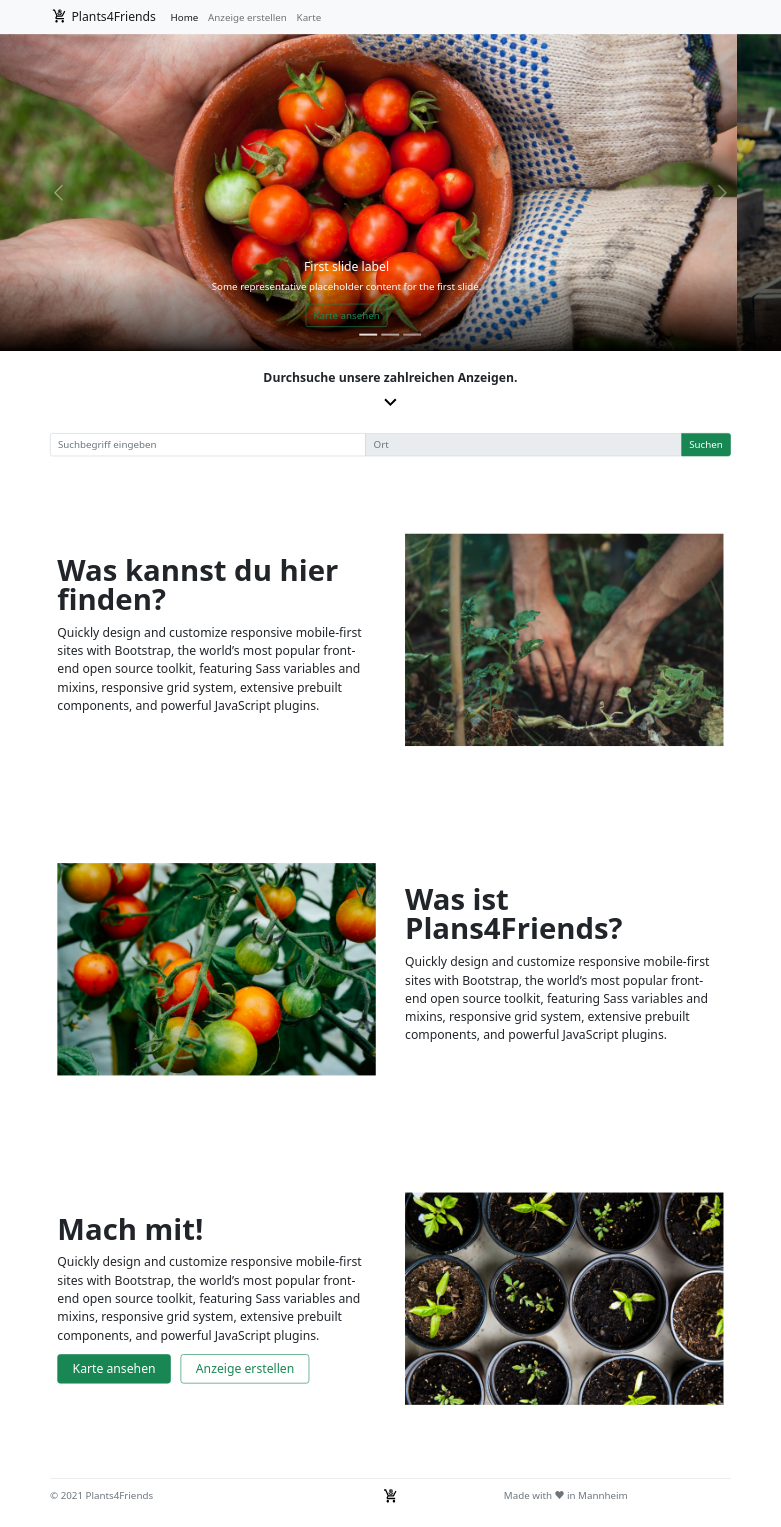
Repository: Carlson43/PlantsForFriends
Page: Website/index.html
These files come from the project's save history. The page is drawn as it stood at one moment and after the next save; the edit follows.
The browser window is 1280 px wide. The pictures show the whole page, at 61% of full size.

Above is the page before, as saved 2022-01-13 23:32:47.

### Website/index.html
<!doctype html>
<html lang="en">
  <head>
      <!-- Required meta tags -->
      <meta charset="utf-8">
      <meta name="viewport" content="width=device-width, initial-scale=1">

      <!-- Referencing Backend -->
      <script src="https://code.jquery.com/jquery-3.6.0.js"> </script>
      <script src="./Backend.js"> </script>

      <!-- Bootstrap CSS -->
      <link href="https://cdn.jsdelivr.net/npm/bootstrap@5.1.3/dist/css/bootstrap.min.css" rel="stylesheet" integrity="sha384-1BmE4kWBq78iYhFldvKuhfTAU6auU8tT94WrHftjDbrCEXSU1oBoqyl2QvZ6jIW3" crossorigin="anonymous">

      <!-- Custom Carousel CSS -->
      <style>
        .img-responsive {
        max-width: 100%; /* or to whatever you want here */
        max-height: auto; /* or to whatever you want here */
      }
      </style>

      <!-- Custom Divider CSS -->
      <link rel="stylesheet" href="divider.css">

    <title>Welcome @ Plants4Friends</title>

    <!-- Favicon -->
    <link rel="icon" type="image/x-icon" href="./Design-Ressourcen/flower.svg">
  </head>

  <body>
    <!-- Navbar -->
    <nav class="navbar navbar-expand-lg navbar-light bg-light">
        <div class="container fluid">
            <!-- Navabr Logo and Brandname -->
            <a class="navbar-brand" href="#">
                <img src="./Design-Ressourcen/logo.svg" alt="" width="30" height="24" class="d-inline-block align-text-top">
                Plants4Friends
            </a>
            <!-- Toggler for Expandsion -->
            <button class="navbar-toggler" type="button" data-bs-toggle="collapse" data-bs-target="#navbarNav" aria-controls="navbarNav" aria-expanded="false" aria-label="Toggle navigation">
                <span class="navbar-toggler-icon"></span>
            </button>
            <!-- Navigation Links -->
            <div class="collapse navbar-collapse" id="navbarNav">
                <div class="navbar-nav">
                    <a class="nav-link active" aria-current="page" href="index.html">Home</a>
                    <a class="nav-link" href="./create.html">Anzeige erstellen</a>
                    <a class="nav-link" href="./map.html">Karte</a>
                </div>
            </div>
        </div>
    </nav>

    <!-- Carousel -->
    <div id="carouselExampleCaptions" class="carousel slide" data-bs-ride="carousel">
        <!-- Slide Indicators -->
        <div class="carousel-indicators">
          <button type="button" data-bs-target="#carouselExampleCaptions" data-bs-slide-to="0" class="active" aria-current="true" aria-label="Slide 1"></button>
          <button type="button" data-bs-target="#carouselExampleCaptions" data-bs-slide-to="1" aria-label="Slide 2"></button>
          <button type="button" data-bs-target="#carouselExampleCaptions" data-bs-slide-to="2" aria-label="Slide 3"></button>
        </div>
        <!-- Carousel Slide Content -->
        <div class="carousel-inner">
          <!-- First Slide (starts with an active state) -->
          <div class="carousel-item active">
            <img src="./Design-Ressourcen/Bilder/carousel02-cut.jpg" class="d-block w-100" alt="...">
            <!-- Text / Content Box -->
            <div class="carousel-caption d-none d-sm-block">
                <h5>First slide label</h5>
                <p>Some representative placeholder content for the first slide.</p>
                <a href="./map.html" role="button" class="btn btn-outline-success">Karte ansehen</a>
            </div>
          </div>
          <!-- Second Slide -->
          <div class="carousel-item">
            <img src="./Design-Ressourcen/Bilder/carousel03-cut.jpg" class="d-block w-100" alt="...">
            <!-- Text / Content Box -->
            <div class="carousel-caption d-none d-sm-block">
                <h5>Second slide label</h5>
                <p>Some representative placeholder content for the second slide.</p>
                <a href="./create.html" role="button" class="btn btn-outline-success">Anzeige erstellen</a>
            </div>
          </div>
          <!-- Third Slide -->
          <div class="carousel-item">
            <img src="./Design-Ressourcen/Bilder/carousel04-cut.jpg" class="d-block w-100" alt="...">
            <!-- Text / Content Box -->
            <div class="carousel-caption d-none d-sm-block">
                <h5>Third slide label</h5>
                <p>Some representative placeholder content for the third slide.</p>
                <a href="#" role="button" class="btn btn-outline-success">Mehr</a>
            </div>
          </div>
        </div>
        <!-- Left Button for previous Slide -->
        <button class="carousel-control-prev" type="button" data-bs-target="Hallo " data-bs-slide="prev">
          <span class="carousel-control-prev-icon" aria-hidden="true"></span>
          <span class="visually-hidden">Previous</span>
        </button>
        <!-- Right Button for next Slide -->
        <button class="carousel-control-next" type="button" data-bs-target="#carouselExampleCaptions" data-bs-slide="next">
          <span class="carousel-control-next-icon" aria-hidden="true"></span>
          <span class="visually-hidden">Next</span>
        </button>
    </div>

    <div class="h-divider"></div>

    <!-- Small Text -->
    <div class="container-md text-center">
      <h5 class="display-7 fw-bold">Durchsuche unsere zahlreichen Anzeigen.</h5>
      <img src="./Design-Ressourcen/expand_more.svg" class="mx-auto d-block" alt="" style="height: 40px" >
    </div>

    <div class="h-divider"></div>

    <!-- Alert Forward-->
    <div class="alert alert-success"  role="alert" id = "alert" hidden>
      <p class="text-center">
       <i class="fa fa-exclamation-triangle" aria-hidden="true"></i>Einen Moment bitte, du wirst weitergeleitet.
      </p>
  </div>

  <!-- Alert Empty Search -->
  <div class="alert alert-warning"  role="alert" id = "not_found"  hidden>
    <p class="text-center"  id = "not_found_text">
     sdf
    </p>
</div>


    <!-- Input / Search Group -->
      <div class="container-md">
        <div class="input-group">
          <!-- General Search Input -->
          <input type="text" placeholder="Suchbegriff eingeben" aria-label="search_term" id="search_term" class="form-control">
          <!-- Location Search Input - Diabled due to no working implementation -->
          <input type="text" placeholder="Ort" aria-label="search_loc" id="search_loc" class="form-control" disabled>
          <!-- Search Button -->
          <button onclick= "search_and_display();" class="btn btn-success" type="button" id="search_btn">Suchen</button>
        </div>
    </div>

    <div class="h-divider"></div>


    <!-- Card Layout -->
    <div class="container-md">
        <div class="row">
          <div class="col">
                <!-- Card Element 1-->
                <div class="card" style="width: 18rem;" id = "Card0" hidden>
                  <!-- Heading image -->
                  <img src="./Design-Ressourcen/Bilder/carrots.jpg" class="card-img-top" alt="..." id= "pic0">
                  <div class="card-body">
                      <h5 class="card-title" id = "Card0title">Überschrift</h5>
                      <h5 class="card-title" id = "Card0key" hidden>f</h5>
                      <h6 class="card-subtitle mb-2 text-muted" id = "Card0price">Preis in €</h6>
                      <h6 class="card-subtitle mb-2 text-muted" id = "Card0contact">Kontaktmöglichkeit</h6>
                      <p class="card-text" id = "Card0text">Die Beschreibung der Anzeige soll hier dann erscheinen. Vielleicht ist die Größe aber ein Limit. Naja, das lässt sich bestimmt irgendiwe Lösen</p>
                       <!-- Detail Button -->
                      <a  class="btn btn-primary" onclick = "alert();addKey0();setTimeout(myURL, 4000);">Details ></a>
                  </div>
                </div>
          </div>
          <div class="col">
            <!-- Card Element 2-->
            <div class="card" style="width: 18rem;" id = "Card1" hidden>
              <!-- Heading image -->
              <img src="./Design-Ressourcen/Bilder/carrots.jpg" class="card-img-top" alt="..." id= "pic1">
              <div class="card-body">
                  <h5 class="card-title" id = "Card1title">Überschrift</h5>
                  <h5 class="card-title" id = "Card1key" hidden>f</h5>
                  <h6 class="card-subtitle mb-2 text-muted" id = "Card1price">Preis in €</h6>
                  <h6 class="card-subtitle mb-2 text-muted" id = "Card1contact">Kontaktmöglichkeit</h6>
                  <p class="card-text" id = "Card1text">Die Beschreibung der Anzeige soll hier dann erscheinen. Vielleicht ist die Größe aber ein Limit. Naja, das lässt sich bestimmt irgendiwe Lösen</p>
                  <!-- Detail Button -->
                  <a class="btn btn-primary" onclick = "alert();addKey1();setTimeout(myURL, 4000);">Details ></a>
              </div>
            </div>
          </div>
          <div class="col">
            <!-- Card Element 3-->
            <div class="card" style="width: 18rem;" id = "Card2" hidden>
              <!-- Heading image -->
              <img src="./Design-Ressourcen/Bilder/carrots.jpg" class="card-img-top" alt="..." id= "pic2">
              <div class="card-body">
                  <h5 class="card-title" id = "Card2title">Überschrift</h5>
                  <h5 class="card-title" id = "Card2key" hidden>f</h5>
                  <h6 class="card-subtitle mb-2 text-muted" id = "Card2price">Preis in €</h6>
                  <h6 class="card-subtitle mb-2 text-muted" id = "Card2contact">Kontaktmöglichkeit</h6>
                  <p class="card-text" id = "Card2text">Die Beschreibung der Anzeige soll hier dann erscheinen. Vielleicht ist die Größe aber ein Limit. Naja, das lässt sich bestimmt irgendiwe Lösen</p>
                  <!-- Detail Button -->
                  <a class="btn btn-primary" onclick = "alert();addKey2();setTimeout(myURL, 4000);">Details ></a>
              </div>
            </div>
          </div>
        </div>
        <div class="row">
          <div class="col">
                <!-- Card Element 4-->
                <div class="card" style="width: 18rem;" id = "Card3" hidden>
                  <!-- Heading image -->
                  <img src="./Design-Ressourcen/Bilder/carrots.jpg" class="card-img-top" alt="..." id= "pic3">
                  <div class="card-body">
                      <h5 class="card-title" id = "Card3title">Überschrift</h5>
                      <h5 class="card-title" id = "Card3key" hidden></h5>
                      <h6 class="card-subtitle mb-2 text-muted" id = "Card3price">Preis in €</h6>
                      <h6 class="card-subtitle mb-2 text-muted" id = "Card3contact">Kontaktmöglichkeit</h6>
                      <p class="card-text" id = "Card3text">Die Beschreibung der Anzeige soll hier dann erscheinen. Vielleicht ist die Größe aber ein Limit. Naja, das lässt sich bestimmt irgendiwe Lösen</p>
                      <!-- Detail Button -->
                      <a  class="btn btn-primary" onclick = "alert();addKey3();setTimeout(myURL, 4000);">Details ></a>
                  </div>
                </div>
          </div>
          <div class="col">
            <!-- Card Element 5-->
            <div class="card" style="width: 18rem;" id = "Card4" hidden>
              <!-- Heading image -->
              <img src="./Design-Ressourcen/Bilder/carrots.jpg" class="card-img-top" alt="..." id= "pic4">
              <div class="card-body">
                  <h5 class="card-title" id = "Card4title">Überschrift</h5>
                  <h5 class="card-title" id = "Card4key" hidden></h5>
                  <h6 class="card-subtitle mb-2 text-muted" id = "Card4price">Preis in €</h6>
                  <h6 class="card-subtitle mb-2 text-muted" id = "Card4contact">Kontaktmöglichkeit</h6>
                  <p class="card-text" id = "Card4text">Die Beschreibung der Anzeige soll hier dann erscheinen. Vielleicht ist die Größe aber ein Limit. Naja, das lässt sich bestimmt irgendiwe Lösen</p>
                  <!-- Detail Button -->
                  <a class="btn btn-primary" onclick = "alert();addKey4();setTimeout(myURL, 4000);">Details ></a>
              </div>
            </div>
          </div>
          <div class="col">
            <!-- Card Element 6-->
            <div class="card" style="width: 18rem;" id = "Card5" hidden>
              <!-- Heading image -->
              <img src="./Design-Ressourcen/Bilder/carrots.jpg" class="card-img-top" alt="..." id= "pic5">
              <div class="card-body">
                  <h5 class="card-title" id = "Card0title">Überschrift</h5>
                  <h5 class="card-title" id = "Card5key" hidden></h5>
                  <h6 class="card-subtitle mb-2 text-muted" id = "Card5price">Preis in €</h6>
                  <h6 class="card-subtitle mb-2 text-muted" id = "Card5contact">Kontaktmöglichkeit</h6>
                  <p class="card-text" id = "Card5text">Die Beschreibung der Anzeige soll hier dann erscheinen. Vielleicht ist die Größe aber ein Limit. Naja, das lässt sich bestimmt irgendiwe Lösen</p>
                  <!-- Detail Button -->
                  <a class="btn btn-primary" onclick = "alert();addKey5();setTimeout(myURL, 4000);">Details ></a>
              </div>
            </div>
          </div>
        </div>
        <div class="row">
          <div class="col">
                <!-- Card Element 7-->
                <div class="card" style="width: 18rem;" id = "Card6" hidden>
                  <!-- Heading image -->
                  <img src="./Design-Ressourcen/Bilder/carrots.jpg" class="card-img-top" alt="..." id= "pic6">
                  <div class="card-body">
                      <h5 class="card-title" id = "Card6title">Überschrift</h5>
                      <h5 class="card-title" id = "Card6key" hidden></h5>
                      <h6 class="card-subtitle mb-2 text-muted" id = "Card6price">Preis in €</h6>
                      <h6 class="card-subtitle mb-2 text-muted" id = "Card6contact">Kontaktmöglichkeit</h6>
                      <p class="card-text" id = "Card6text">Die Beschreibung der Anzeige soll hier dann erscheinen. Vielleicht ist die Größe aber ein Limit. Naja, das lässt sich bestimmt irgendiwe Lösen</p>
                      <!-- Detail Button -->
                      <a  class="btn btn-primary" onclick = "alert();addKey6();setTimeout(myURL, 4000);">Details ></a>
                  </div>
                </div>
          </div>
          <div class="col">
            <!-- Card Element 8-->
            <div class="card" style="width: 18rem;" id = "Card7" hidden>
              <!-- Heading image -->
              <img src="./Design-Ressourcen/Bilder/carrots.jpg" class="card-img-top" alt="..." id= "pic7">
              <div class="card-body">
                  <h5 class="card-title" id = "Card7title">Überschrift</h5>
                  <h5 class="card-title" id = "Card7key" hidden></h5>
                  <h6 class="card-subtitle mb-2 text-muted" id = "Card7price">Preis in €</h6>
                  <h6 class="card-subtitle mb-2 text-muted" id = "Card7contact">Kontaktmöglichkeit</h6>
                  <p class="card-text" id = "Card7text">Die Beschreibung der Anzeige soll hier dann erscheinen. Vielleicht ist die Größe aber ein Limit. Naja, das lässt sich bestimmt irgendiwe Lösen</p>
                  <!-- Detail Button -->
                  <a class="btn btn-primary" onclick = "alert();addKey7();setTimeout(myURL, 4000);">Details ></a>
              </div>
            </div>
          </div>
          <div class="col">
            <!-- Card Element 9 -->
            <div class="card" style="width: 18rem;" id = "Card8" hidden>
              <!-- Heading image -->
              <img src="./Design-Ressourcen/Bilder/carrots.jpg" class="card-img-top" alt="..." id= "pic8">
              <div class="card-body">
                  <h5 class="card-title" id = "Card8title">Überschrift</h5>
                  <h5 class="card-title" id = "Card8key" hidden></h5>
                  <h6 class="card-subtitle mb-2 text-muted" id = "Card8price">Preis in €</h6>
                  <h6 class="card-subtitle mb-2 text-muted" id = "Card8contact">Kontaktmöglichkeit</h6>
                  <p class="card-text" id = "Card8text">Die Beschreibung der Anzeige soll hier dann erscheinen. Vielleicht ist die Größe aber ein Limit. Naja, das lässt sich bestimmt irgendiwe Lösen</p>
                  <!-- Detail Button -->
                  <a class="btn btn-primary" onclick = "alert();addKey8();setTimeout(myURL, 4000);">Details ></a>
              </div>
            </div>
          </div>
        </div>
    </div>

    <!-- Hero 1 -->
    <div class="container col-xxl-8 px-4 py-5">
      <div class="row flex-lg-row-reverse align-items-center g-5 py-5">
        <div class="col-10 col-sm-8 col-lg-6">
          <img src="./Design-Ressourcen/Bilder/carousel05.jpg" class="d-block mx-lg-auto img-fluid" alt="Bootstrap Themes" width="700" height="500" loading="lazy">
        </div>
        <div class="col-lg-6">
          <!-- Hero Heading -->
          <h1 class="display-5 fw-bold lh-1 mb-3">Was kannst du hier finden?</h1>
          <!-- Hero Text -->
          <p class="lead">Quickly design and customize responsive mobile-first sites with Bootstrap, the world’s most popular front-end open source toolkit, featuring Sass variables and mixins, responsive grid system, extensive prebuilt components, and powerful JavaScript plugins.</p>
        </div>
      </div>
    </div>

    <!-- Hero 2 -->
    <div class="container col-xxl-8 px-4 py-5">
      <div class="row flex-lg-row-reverse align-items-center g-5 py-5">
        <div class="col-lg-6">
          <!-- Hero Heading -->
          <h1 class="display-5 fw-bold lh-1 mb-3">Was ist Plans4Friends?</h1>
          <!-- Hero Text -->
          <p class="lead">Quickly design and customize responsive mobile-first sites with Bootstrap, the world’s most popular front-end open source toolkit, featuring Sass variables and mixins, responsive grid system, extensive prebuilt components, and powerful JavaScript plugins.</p>
        </div>
        <div class="col-10 col-sm-8 col-lg-6">
          <img src="./Design-Ressourcen/Bilder/tomatoes.jpg" class="d-block mx-lg-auto img-fluid" alt="Bootstrap Themes" width="700" height="500" loading="lazy">
        </div>
      </div>
    </div>

      <!-- Hero 3 -->
      <div class="container col-xxl-8 px-4 py-5">
        <div class="row flex-lg-row-reverse align-items-center g-5 py-5">
          <div class="col-10 col-sm-8 col-lg-6">
            <img src="./Design-Ressourcen/Bilder/saplings.jpg" class="d-block mx-lg-auto img-fluid" alt="Bootstrap Themes" width="700" height="500" loading="lazy">
          </div>
          <div class="col-lg-6">
            <!-- Hero Heading -->
            <h1 class="display-5 fw-bold lh-1 mb-3">Mach mit!</h1>
            <!-- Hero Text -->
            <p class="lead">Quickly design and customize responsive mobile-first sites with Bootstrap, the world’s most popular front-end open source toolkit, featuring Sass variables and mixins, responsive grid system, extensive prebuilt components, and powerful JavaScript plugins.</p>
            <div class="d-grid gap-2 d-md-flex justify-content-md-start">
              <a href="./map.html" role="button" class="btn btn-success btn-lg px-4 me-md-2">Karte ansehen</a>
              <a href="./create.html" role="button" class="btn btn-outline-success btn-lg px-4">Anzeige erstellen</a>
            </div>
          </div>
        </div>
      </div>

    <!-- Footer -->
    <div class="container">
      <footer class="d-flex flex-wrap justify-content-between align-items-center py-3 my-4 border-top">
        <p class="col-md-4 mb-0 text-muted">© 2021 Plants4Friends</p>

        <!-- Footer Logo -->
        <a href="index.html" class="col-md-4 d-flex align-items-center justify-content-center mb-3 mb-md-0 me-md-auto link-dark text-decoration-none">
          <img src="./Design-Ressourcen/logo.svg" alt="" width="30" height="24" class="d-inline-block align-text-top">
        </a>

        <p class="col-md-4 mb-0 text-muted">Made with ❤ in Mannheim</p>
      </footer>
    </div>

    <!--Bootstrap JS-->
    <script src="https://cdn.jsdelivr.net/npm/bootstrap@5.1.3/dist/js/bootstrap.bundle.min.js" integrity="sha384-ka7Sk0Gln4gmtz2MlQnikT1wXgYsOg+OMhuP+IlRH9sENBO0LRn5q+8nbTov4+1p" crossorigin="anonymous"></script>

  </body>

<script>

</script>

</html>

### Website/divider.css

.h-divider{
    margin-top:15px;
    margin-bottom:15px;
    height:1px;
    width:100%;
    /* border-top:1px solid gray; */
}

Loaded but not shown: Website/Backend.js (270 lines, source omitted)

After the next save:
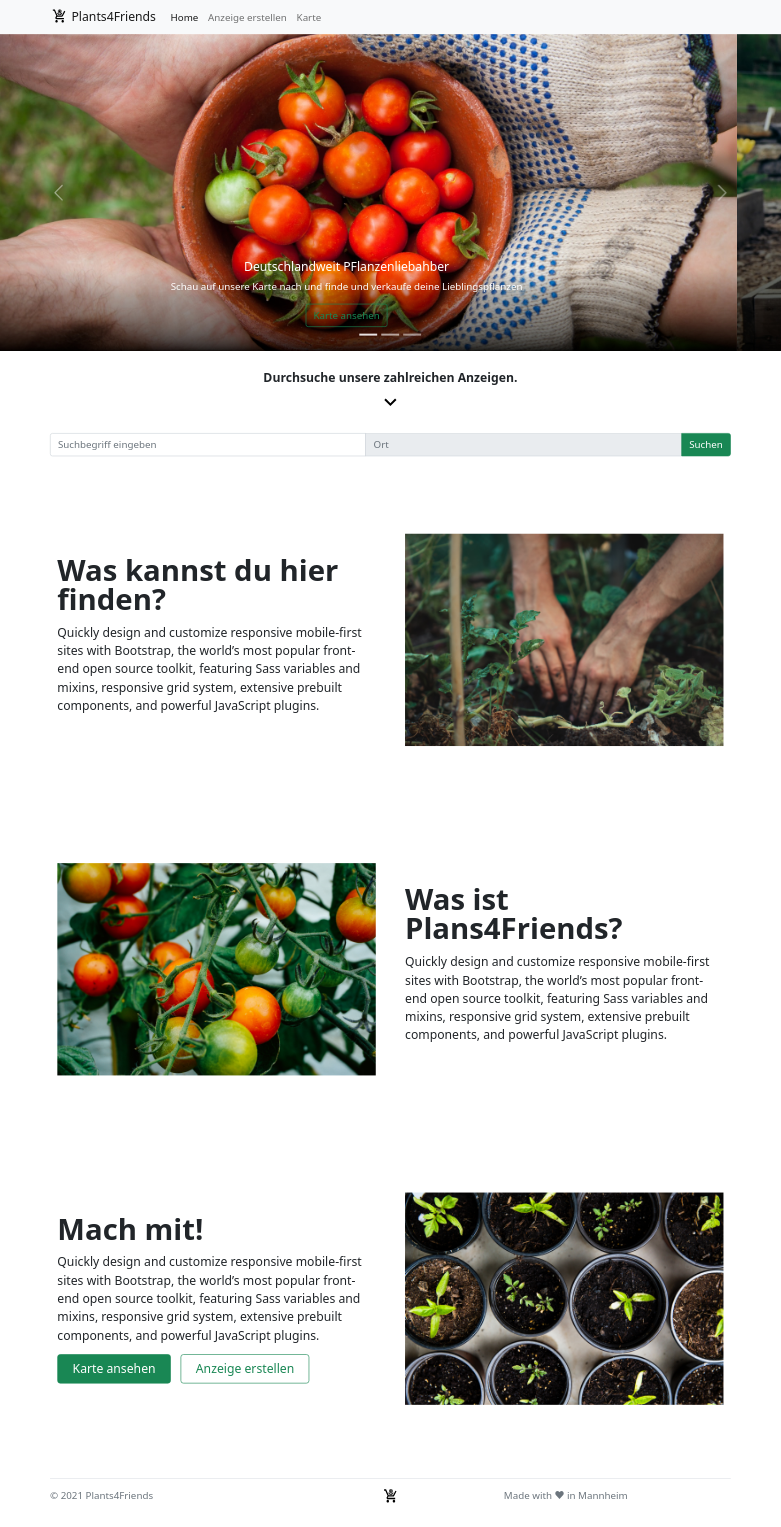
Saved 81 s later.
--- a/Website/index.html
+++ b/Website/index.html
@@ -68,8 +68,8 @@
             <img src="./Design-Ressourcen/Bilder/carousel02-cut.jpg" class="d-block w-100" alt="...">
             <!-- Text / Content Box -->
             <div class="carousel-caption d-none d-sm-block">
-                <h5>First slide label</h5>
-                <p>Some representative placeholder content for the first slide.</p>
+                <h5>Deutschlandweit PFlanzenliebahber</h5>
+                <p>Schau auf unsere Karte nach und finde und verkaufe deine Lieblingspflanzen</p>
                 <a href="./map.html" role="button" class="btn btn-outline-success">Karte ansehen</a>
             </div>
           </div>
@@ -95,7 +95,7 @@
           </div>
         </div>
         <!-- Left Button for previous Slide -->
-        <button class="carousel-control-prev" type="button" data-bs-target="Hallo " data-bs-slide="prev">
+        <button class="carousel-control-prev" type="button" data-bs-target="#carouselExampleCaptions" data-bs-slide="prev">
           <span class="carousel-control-prev-icon" aria-hidden="true"></span>
           <span class="visually-hidden">Previous</span>
         </button>
